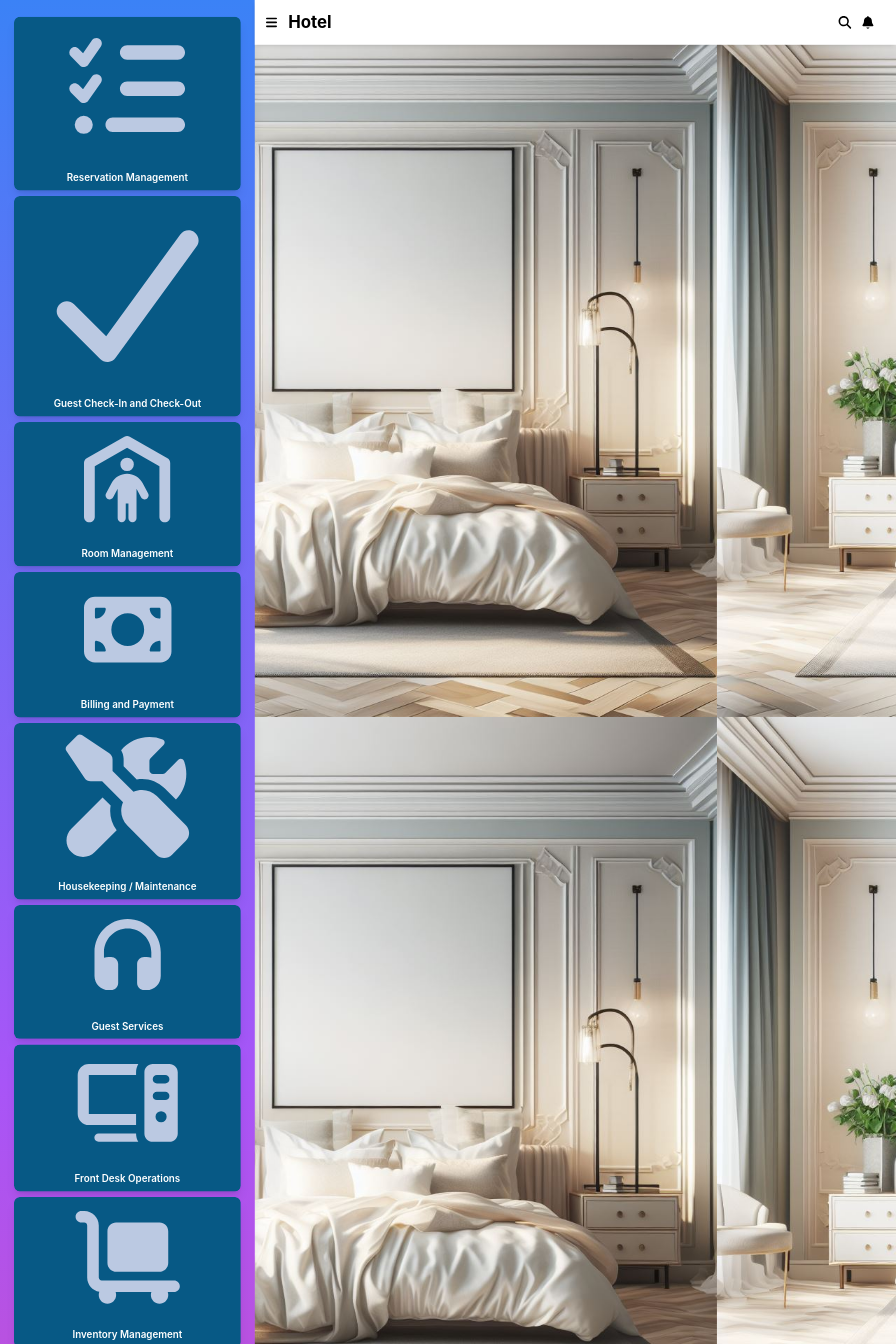
Repository: musabismael/Hotel
Page: /
An editor plug-in stored every save of this project. The page is shown before and after a run of saves, followed by the edit.
The browser window is 1280 px wide. The pictures show the part of the page from y = 0 to 1920 px (the page is 3095 px tall before and 720 px after), at 70% of full size.
The project was rebuilt for these pictures with package versions that can differ from the ones it lists, and the page was loaded fresh each time. Also part of the build but not shown: vite.config.js, src/App.css, src/pages/ReservationManagement.jsx, src/pages/GuestCheckInOut.jsx, src/pages/RoomManagement.jsx, src/pages/BillingPayment.jsx, src/pages/HousekeepingMaintenance.jsx, src/pages/GuestServices.jsx and 6 more.

Above is the page before, as saved 2023-10-01 19:06:37.

After the next 2 saves:
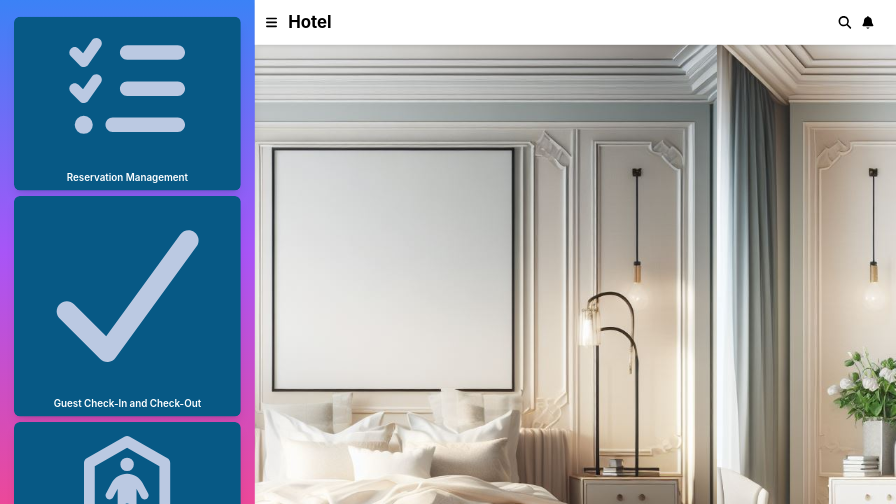
The 2 saves are shown as one change because they came seconds apart.
The last was saved 13 s later.
--- a/src/component/Sidebar.jsx
+++ b/src/component/Sidebar.jsx
@@ -114,7 +114,7 @@
     console.log(`Card with ID ${id} clicked`);
   };
   return (
-          <aside className="p-4  min-h-screen overflow-y-auto bg-gradient-to-b from-blue-500 via-purple-500 to-pink-500 shadow-lg">
+          <aside className="p-4 h-screen overflow-y-auto bg-gradient-to-b from-blue-500 via-purple-500 to-pink-500 shadow-lg">
 
       <nav>
         {cardData.map((card) => (

After the 5 saves that followed:
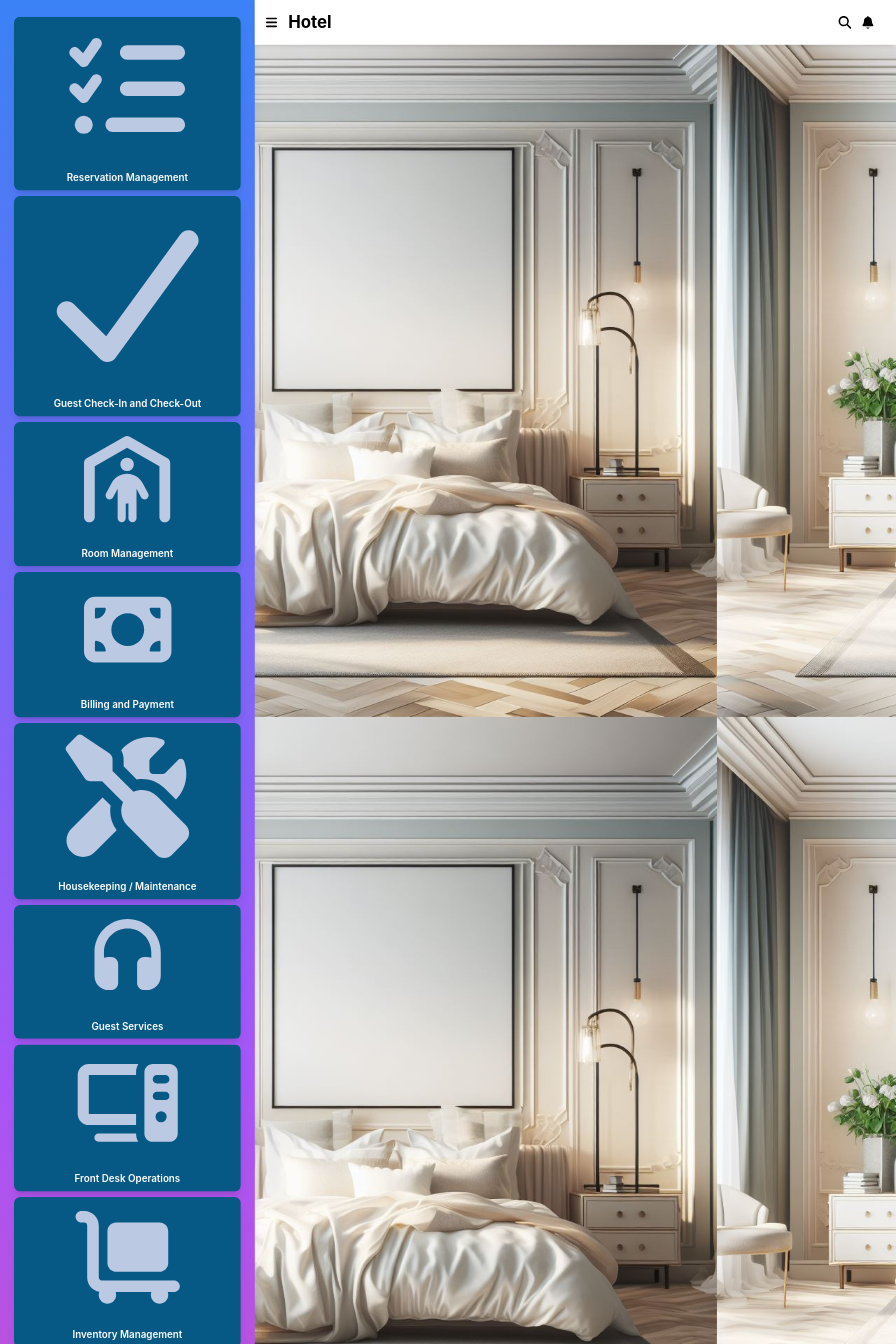
The 5 saves are shown as one change because 1 did not build or start and 1 left the picture as it was and some came seconds apart.
The last was saved 26 s later.
--- a/src/component/Sidebar.jsx
+++ b/src/component/Sidebar.jsx
@@ -114,7 +114,7 @@
     console.log(`Card with ID ${id} clicked`);
   };
   return (
-          <aside className="p-4 h-screen overflow-y-auto bg-gradient-to-b from-blue-500 via-purple-500 to-pink-500 shadow-lg">
+          <aside className="p-4 min-h-screen overflow-y-auto bg-gradient-to-b from-blue-500 via-purple-500 to-pink-500 shadow-lg">
 
       <nav>
         {cardData.map((card) => (
